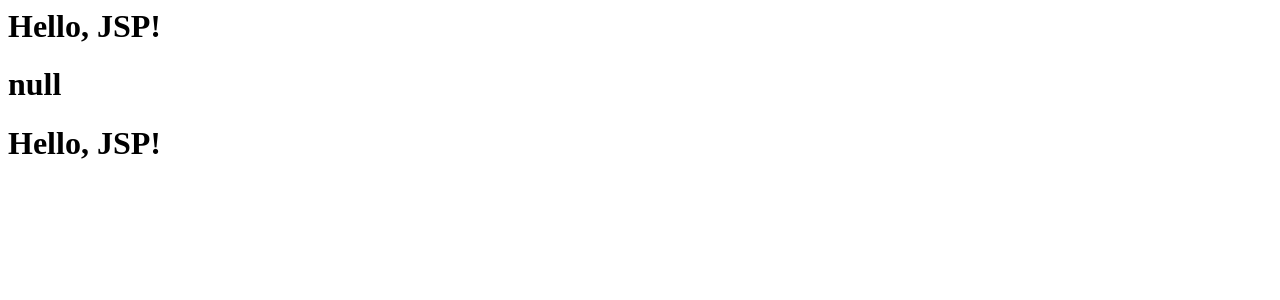
Repository: kys3189/jsp
Page: http://localhost/servlet/home
An editor plug-in stored every save of this project. The page is shown before and after the next save, followed by the edit.
The browser window is 1280 px wide. The pictures show the whole page.
The page is served by Tomcat 9.

Above is the page before, as saved 2025-03-05 01:32:57.

### servlet/src/main/java/com/app/servlet/MyServlet.java
package com.app.servlet;

import java.io.IOException;
import java.io.PrintWriter;

import javax.servlet.ServletException;
//import javax.servlet.annotation.WebServlet;
import javax.servlet.http.HttpServlet;
import javax.servlet.http.HttpServletRequest;
import javax.servlet.http.HttpServletResponse;

//@WebServlet("/home")
//	URL을 mapping해주는 역할
//	하지만 파일 하나의 어노텐션이 다 들어가 있으면, 유지보수가 어렵다.
//	따라서 web.xml을 만들어서 한 번에 일괄적으로 처리한다.
//	프로젝트 하나당 web.xml 하나를 가지고있다.


public class MyServlet extends HttpServlet {
	private static final long serialVersionUID = 1L;

    public MyServlet() {
        super();
    }

	protected void doGet(HttpServletRequest request, HttpServletResponse response) throws ServletException, IOException {
		PrintWriter out = response.getWriter();
		String name = "";

		request.setCharacterEncoding("UTF-8");
		response.setContentType("text/html; charset=UTF-8;");
		System.out.println(request.getParameter("name"));

		name = request.getParameter("name");

		out.print("<h1>Hello, JSP!<h1>");
		out.print(name +"<h1>Hello, JSP!<h1>");

	}

	protected void doPost(HttpServletRequest request, HttpServletResponse response) throws ServletException, IOException {
		doGet(request, response);
	}

}

After the next save:
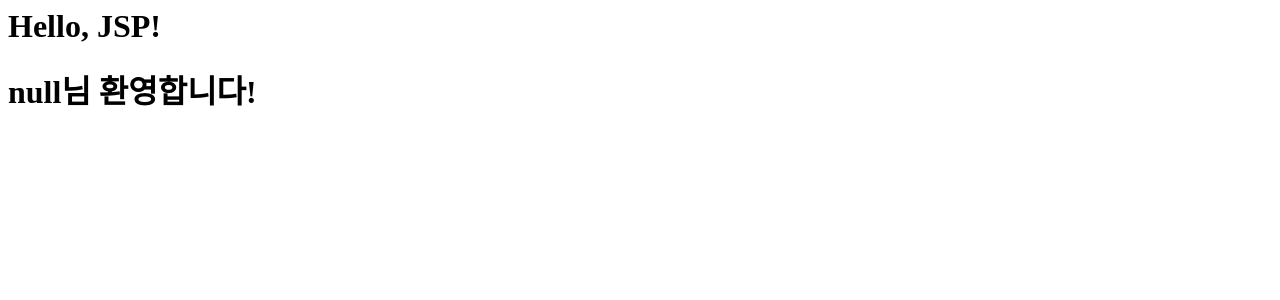
Saved 35 s later.
--- a/servlet/src/main/java/com/app/servlet/MyServlet.java
+++ b/servlet/src/main/java/com/app/servlet/MyServlet.java
@@ -24,17 +24,18 @@ public class MyServlet extends HttpServlet {
     }
 
 	protected void doGet(HttpServletRequest request, HttpServletResponse response) throws ServletException, IOException {
+		request.setCharacterEncoding("UTF-8");
+		response.setContentType("text/html; charset=UTF-8;");
+
 		PrintWriter out = response.getWriter();
 		String name = "";
 
-		request.setCharacterEncoding("UTF-8");
-		response.setContentType("text/html; charset=UTF-8;");
 		System.out.println(request.getParameter("name"));
-
 		name = request.getParameter("name");
 
 		out.print("<h1>Hello, JSP!<h1>");
-		out.print(name +"<h1>Hello, JSP!<h1>");
+		out.print(name +"님 환영합니다!");
+		out.close();
 
 	}
 
